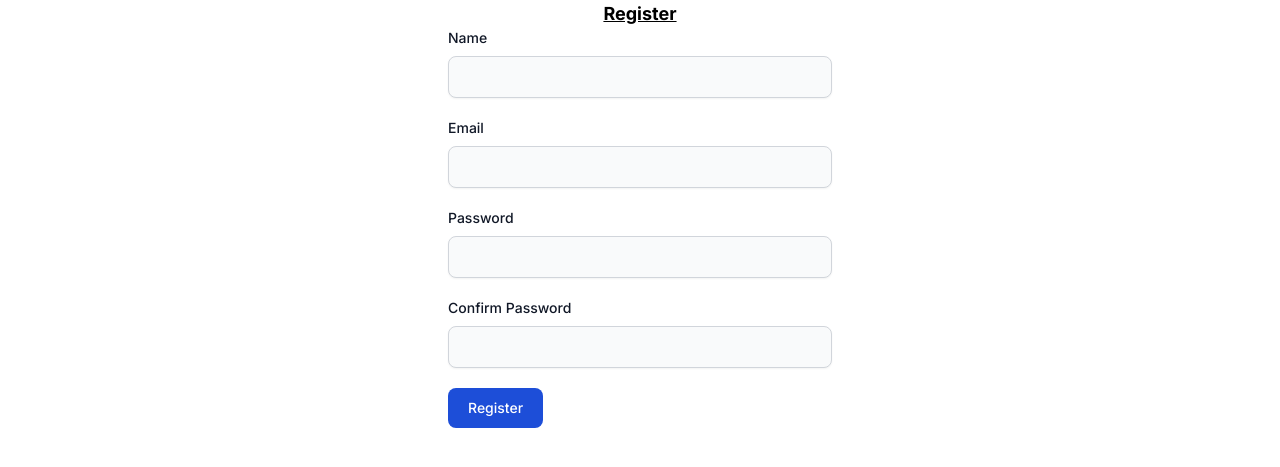
Repository: fatimash2123/next-todo
Page: /register
These files come from the project's save history. The page is drawn as it stood at one moment and after the next save; the edit follows.
The browser window is 1280 px wide. The pictures show the whole page.
The project was rebuilt for these pictures with package versions that can differ from the ones it lists, and the page was loaded fresh each time. The framework's server and built-in components were replaced by stand-ins that run in the browser. Also part of the build but not shown: next.config.mjs.

Above is the page before, as saved 2024-02-13 15:20:19.

After the next save:
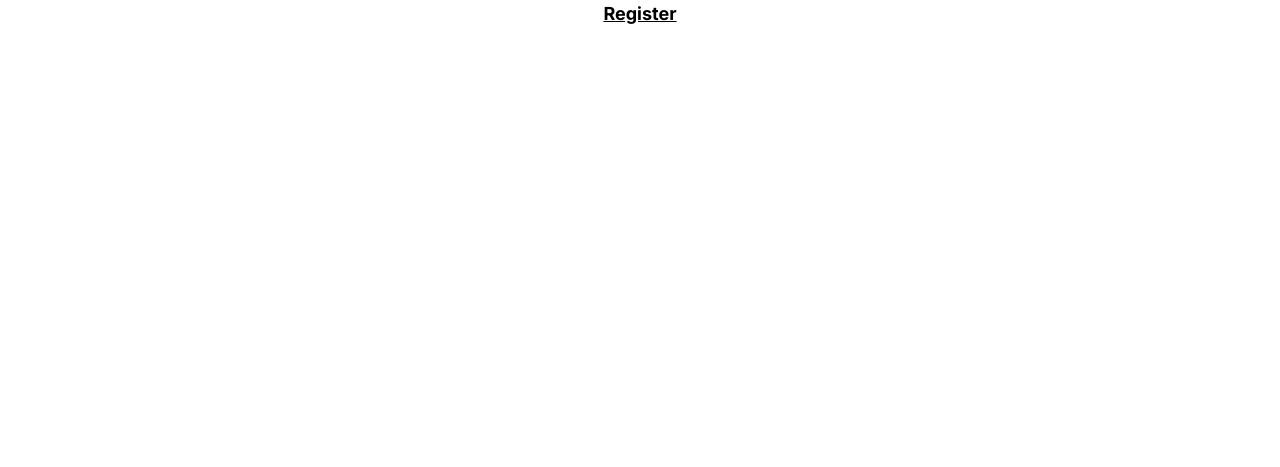
Saved 18 s later.
--- a/app/register/page.tsx
+++ b/app/register/page.tsx
@@ -1,35 +1,12 @@
-"use client";
 import Input from "../../components/Input";
 import Button from "../../components/Button";
 import MainHeading from "../../components/MainHeading";
 import registerOnServer from "@/store/authentication/register";
 
 export default function Register() {
-  const register = () => {
-    //console.log("name=", nameRef);
-    registerOnServer({
-      name: "fatima",
-      email: "fatima@gmail.com",
-      password: "abc",
-    }).then((data) => {
-      console.log("done");
-    });
-  };
-
   return (
     <>
       <MainHeading title={"Register"} />
-      <form className="max-w-sm mx-auto">
-        <Input title={"Name"} type={"text"} name={"name"} />
-        <Input title={"Email"} type={"email"} name={"email"} />
-        <Input title={"Password"} type={"password"} name={"password"} />
-        <Input
-          title={"Confirm Password"}
-          type={"password"}
-          name={"cpassword"}
-        />
-        <Button title={"Register"} handleOnClick={register} />
-      </form>
     </>
   );
 }

After the 5 saves that followed:
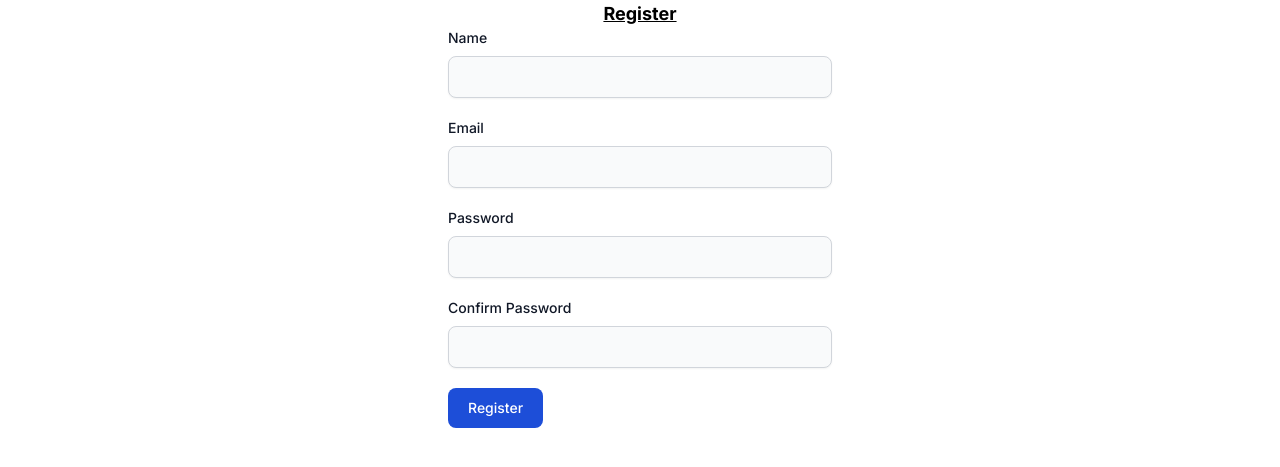
The 5 saves are shown as one change because 4 left the picture as it was.
The last was saved 99 s later.
--- a/app/register/page.tsx
+++ b/app/register/page.tsx
@@ -1,12 +1,11 @@
-import Input from "../../components/Input";
-import Button from "../../components/Button";
 import MainHeading from "../../components/MainHeading";
-import registerOnServer from "@/store/authentication/register";
+import RegisterForm from "@/components/RegisterForm";
 
 export default function Register() {
   return (
     <>
       <MainHeading title={"Register"} />
+      <RegisterForm />
     </>
   );
 }
--- a/components/RegisterForm.tsx
+++ b/components/RegisterForm.tsx
@@ -1,13 +1,25 @@
+"use client";
 import Input from "./Input";
 import Button from "./Button";
+import registerOnServer from "@/store/authentication/register";
 export default function RegisterForm() {
-    return (
-        <form className="max-w-sm mx-auto">
-        <Input title={"Name"} type={"text"} name={"name"} />
-        <Input title={"Email"} type={"email"} name={"email"} />
-        <Input title={"Password"} type={"password"} name={"password"} />
-        <Input title={"Confirm Password"} type={"password"} name={"cpassword"} />
-        <Button title={"Register"} handleOnClick={register} />
-      </form>;
-    )
+  const register = () => {
+    //console.log("name=", nameRef);
+    registerOnServer({
+      name: "fatima",
+      email: "fatima@gmail.com",
+      password: "abc",
+    }).then((data) => {
+      console.log("done");
+    });
+  };
+  return (
+    <form className="max-w-sm mx-auto">
+      <Input title={"Name"} type={"text"} name={"name"} />
+      <Input title={"Email"} type={"email"} name={"email"} />
+      <Input title={"Password"} type={"password"} name={"password"} />
+      <Input title={"Confirm Password"} type={"password"} name={"cpassword"} />
+      <Button title={"Register"} handleOnClick={register} />
+    </form>
+  );
 }
